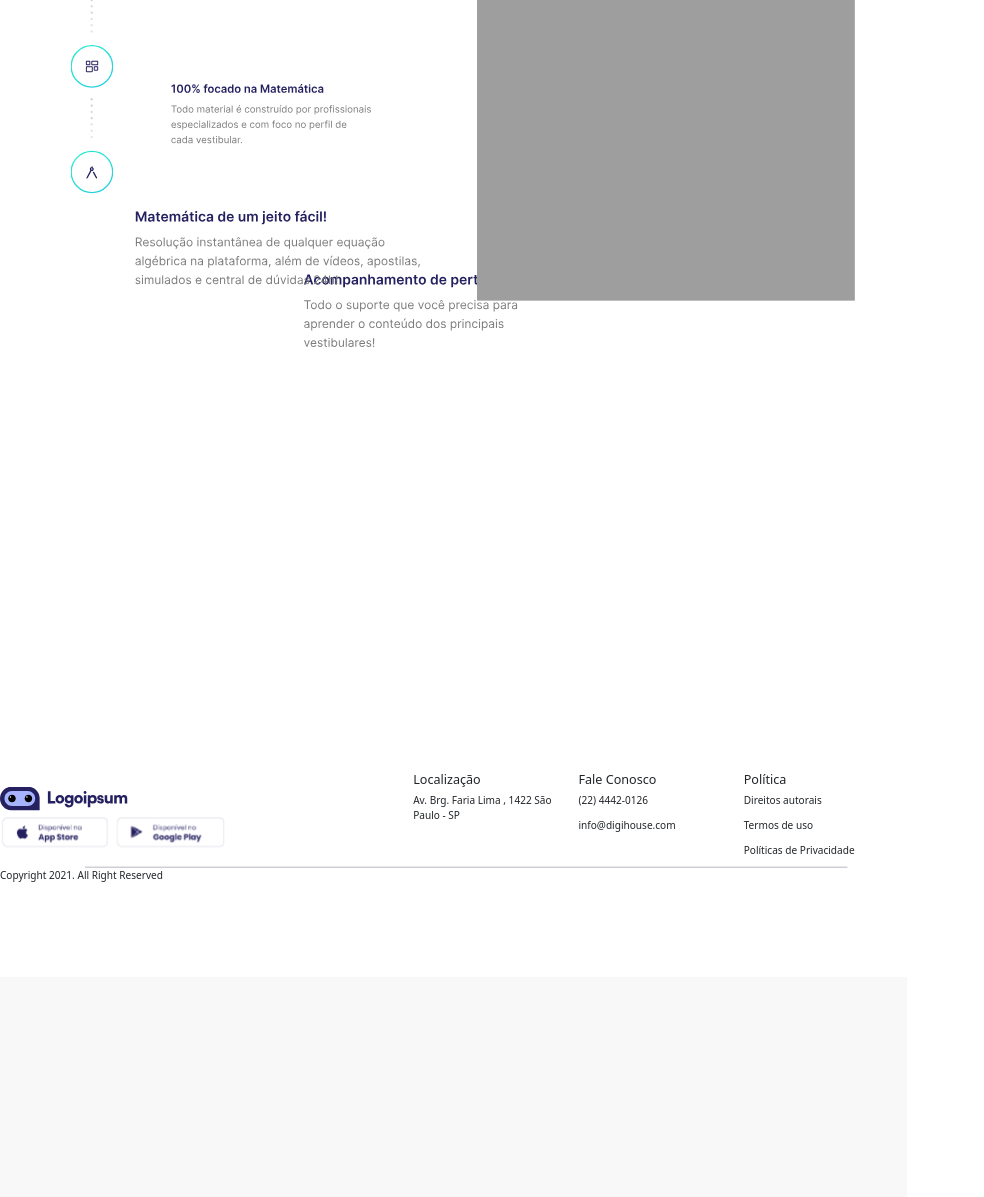
Repository: Williamlmachado/Desafio-Landing-page
Page: index.html
The author's editor kept a copy of each file at every save. The page is drawn from the files as they stood at one save, then again after the next save.
The browser window is 1280 px wide. The page is 1562 px wide, so the pictures cover 1562 px, including what lies to the right of the window. The pictures show the part of the page from y = 1271 to 3171 px (the page is 3714 px tall), at 63% of full size.
Pictures or frames that could not be fetched are drawn as grey boxes.

Above is the page before, as saved 2021-11-08 16:21:22.

After the next save:
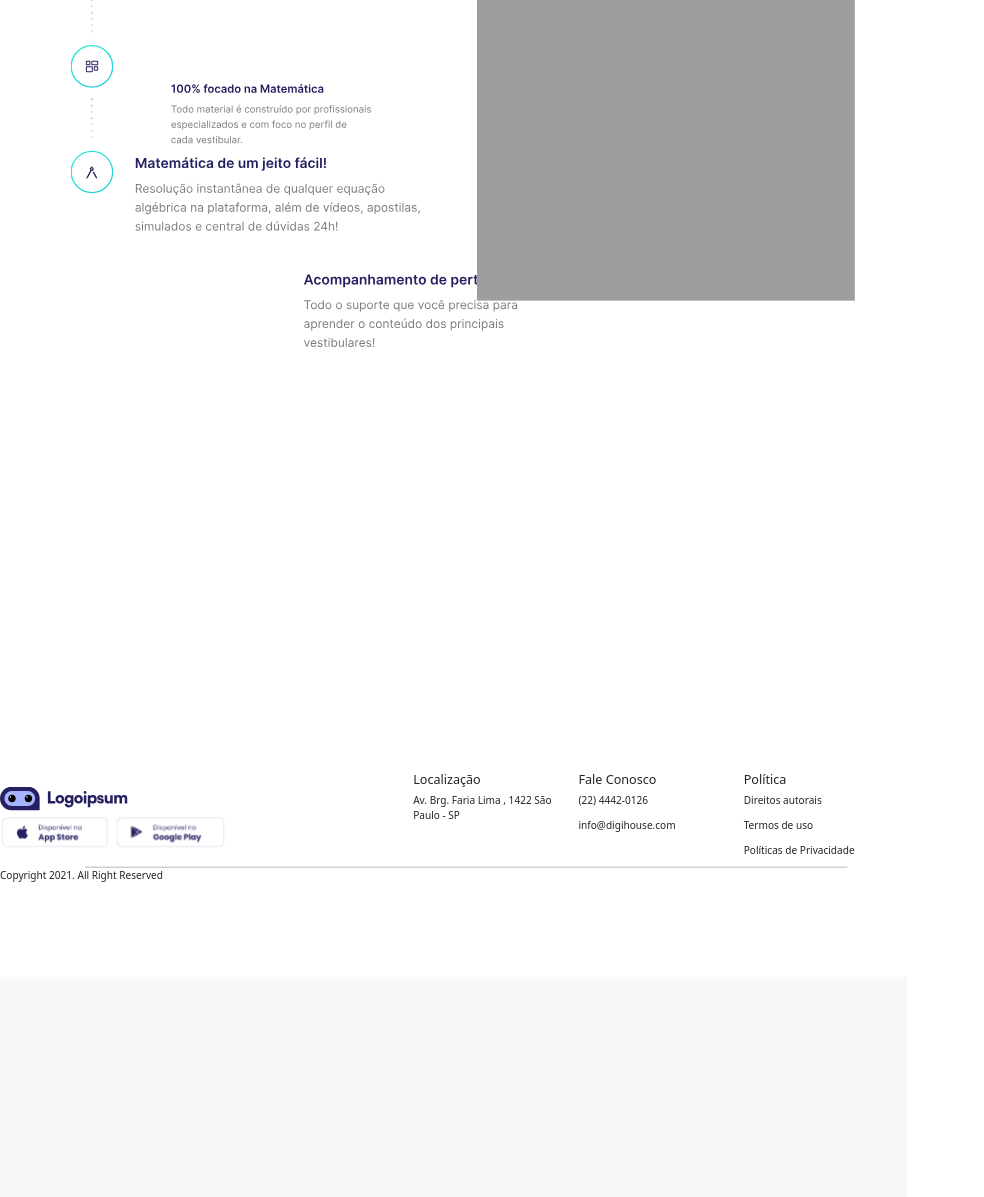
Saved 6 s later.
--- a/style.css
+++ b/style.css
@@ -174,5 +174,5 @@
     width: 510.72px;
     height: 131px;
     left: 214px;
-    top:700px;
+    top:615px;
 }
